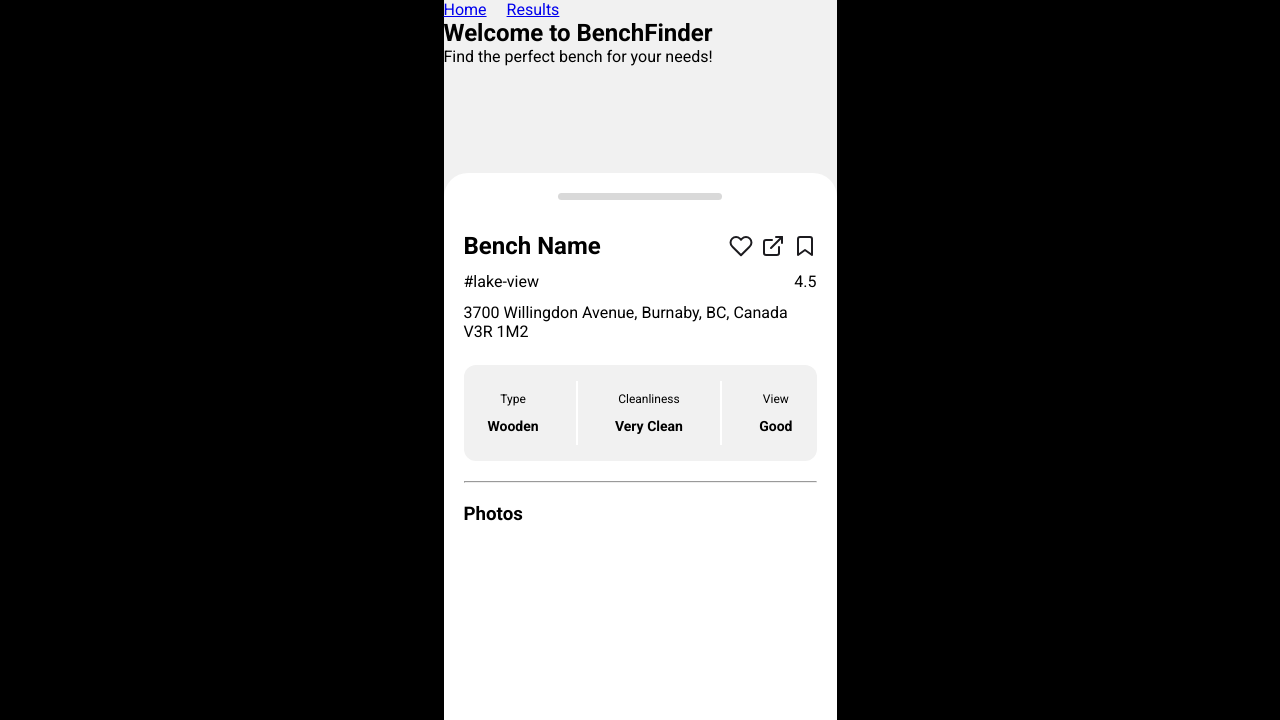
Repository: HidayatPatil/BenchFinder
Page: /
An editor plug-in stored every save of this project. The page is shown before and after the next save, followed by the edit.
The browser window is 1280 px wide. The pictures show the whole page.
The project was rebuilt for these pictures with package versions that can differ from the ones it lists, and the page was loaded fresh each time. Also part of the build but not shown: vite.config.js, src/Results.jsx.

Above is the page before, as saved 2025-10-09 21:46:30.

After the next save:
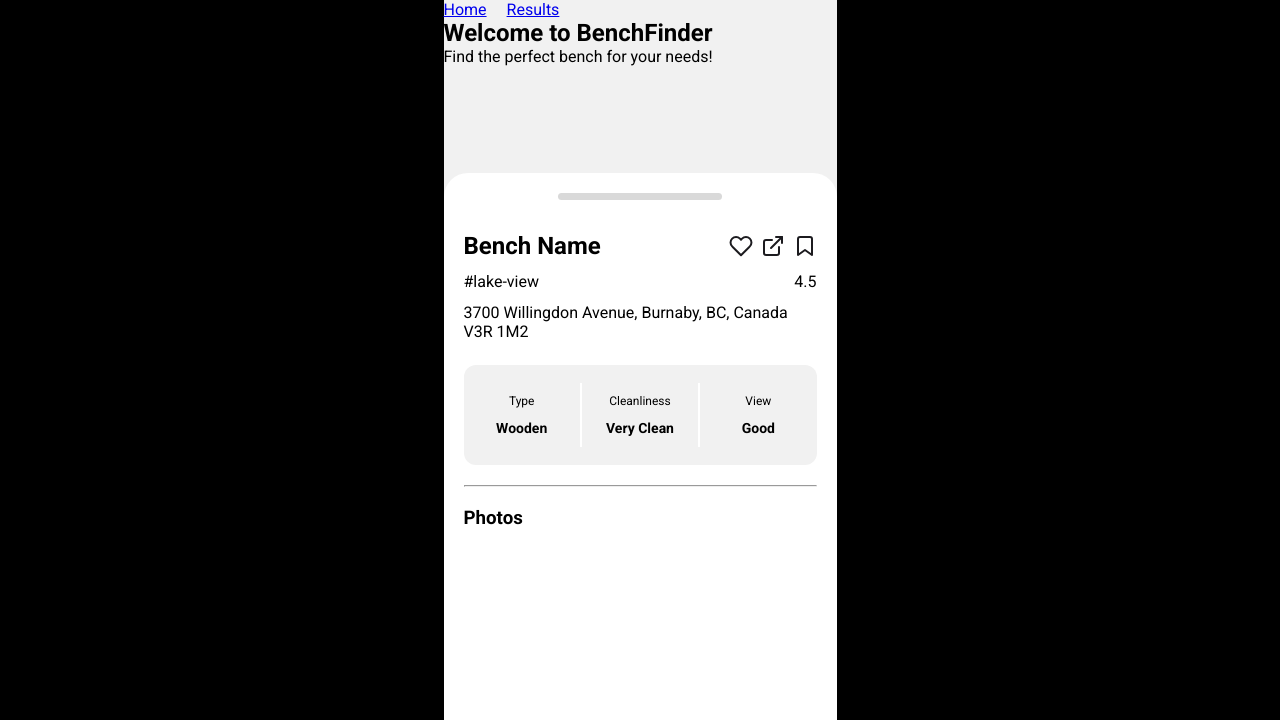
Saved 26 s later.
--- a/src/index.css
+++ b/src/index.css
@@ -105,7 +105,6 @@ body, html {
     justify-content: space-between;
     gap: 24px;
     align-items: center;
-    flex: 1;
     background-color: #F1F1F1;
     padding: 16px 24px;
     text-align: center;
@@ -116,6 +115,8 @@ body, html {
         display: flex;
         flex-direction: column;
         gap: 12px;
+
+    flex: 1;
     }
 
     .overview_title {
